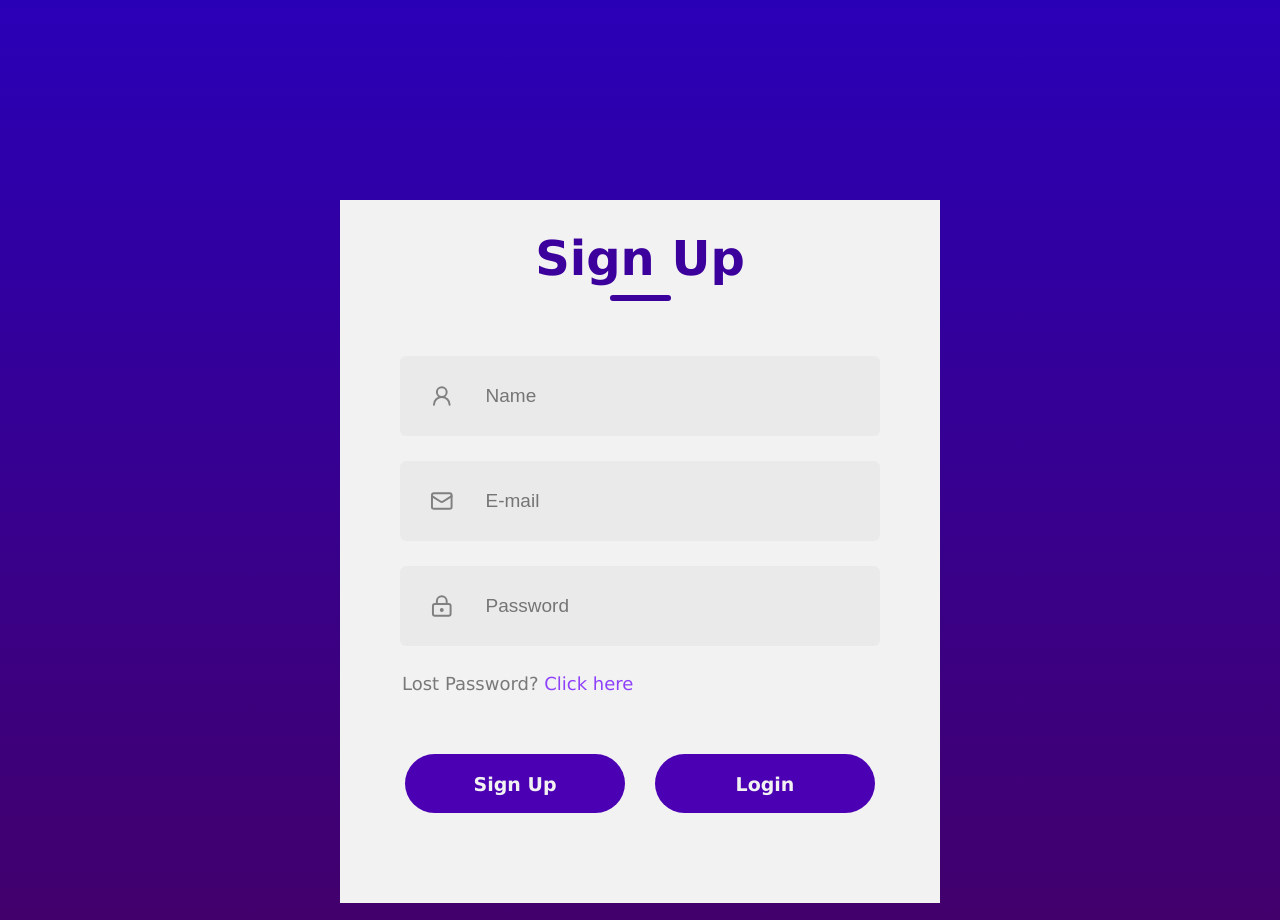
Repository: guilhermecardoso93/login-page
Page: /
An editor plug-in stored every save of this project. The page is shown before and after the next save, followed by the edit.
The browser window is 1280 px wide. The pictures show the whole page.
The pointer rests on the first visible `.submit`.
The project was rebuilt for these pictures with package versions that can differ from the ones it lists, and the page was loaded fresh each time. Also part of the build but not shown: vite.config.js.

Above is the page before, as saved 2024-10-22 19:35:32.

### index.html
<!doctype html>
<html lang="en">
  <head>
    <meta charset="UTF-8" />
    <link rel="icon" type="image/svg+xml" href="" />
    <meta name="viewport" content="width=device-width, initial-scale=1.0" />
    <title>Login | SignUp</title>
  </head>
  <body>
    <div id="root"></div>
    <script type="module" src="/src/main.jsx"></script>
  </body>
</html>

### src/App.jsx
import { Login } from "./components/Login/Login";

export default function App() {
  return (
    <>
      <Login />
    </>
  );
}

### src/index.css
body {
  margin: 0;
  font-family: 'Lucida Sans', 'Lucida Sans Regular', 'Lucida Grande', 'Lucida Sans Unicode', Geneva, Verdana, sans-serif;
  -webkit-font-smoothing: antialiased;
  -moz-osx-font-smoothing: grayscale;
  height: 100vh;
  background: linear-gradient(#2A00B7, #42006c);
}

code {
  font-family: source-code-pro, Menlo, Monaco, Consolas, "Courier New", monospace;
}

### src/components/Login/Login.jsx
import { UserRound, Mail, LockKeyhole } from "lucide-react";
import "./Login.css";

export const Login = () => {
  return (
    <div className="container">
      <header>
        <span>Sign Up</span>
        <div className="underline"></div>
      </header>{" "}
      <div className="inputs">
        <div className="input">
          <UserRound color="gray" size={24} className="icon" />
          <input type="text" placeholder="Name"/>
        </div>

        <div className="input">
          <Mail color="gray" size={24} className="icon" />
          <input type="email" placeholder="E-mail" />
        </div>

        <div className="input">
          <LockKeyhole color="gray" size={24} className="icon" />
          <input type="password" placeholder="Password" />
        </div>
      </div>
      <div className="forgot-password">
        Lost Password? <span>Click here</span>
      </div>
      <div className="submit-container">
        <div className="submit">Sign Up</div>
        <div className="login">Login</div>
      </div>
    </div>
  );
};

### src/components/Login/Login.css
.container {
  display: flex;
  flex-direction: column;
  margin: auto;
  margin-top: 200px;
  width: 600px;
  padding-bottom: 30px;
  background: #f2f2f2;
}

header {
  display: flex;
  flex-direction: column;
  align-items: center;
  gap: 9px;
  width: 100%;
  margin-top: 30px;
}

header span {
  color: #3c009d;
  font-size: 48px;
  font-weight: 700;
}

.underline {
  width: 61px;
  height: 6px;
  background-color: #3c009d;
  border-radius: 9px;
}

.inputs {
  margin-top: 55px;
  display: flex;
  flex-direction: column;
  gap: 25px;
}

.input {
  display: flex;
  align-items: center;
  justify-content: center;
  margin: auto;
  width: 480px;
  height: 80px;
  background-color: #eaeaea;
  border-radius: 6px;
}

.input .icon {
  margin: 0px 30px;
}

.input input {
  height: 50px;
  width: 400px;
  background: transparent;
  border: none;
  outline: none;
  color: #797979;
  font-size: 19px;
}

.forgot-password {
  padding-left: 62px;
  margin-top: 27px;
  color: #797979;
  font-size: 18px;
}

.forgot-password span {
  color: #8e41fa;
  cursor: pointer;
}

.forgot-password span:hover {
  color: #3c009d;
}

.submit-container {
  display: flex;
  gap: 30px;
  margin: 60px auto;
}

.submit, .login {
  display: flex;
  justify-content: center;
  align-items: center;
  width: 220px;
  height: 59px;
  color: #f2f2f2;
  background-color: #4c00b4;
  border-radius: 50px;
  font-size: 19px;
  font-weight: 700;
  cursor: pointer;
}

Loaded but not shown: src/main.jsx (common file)

After the next save:
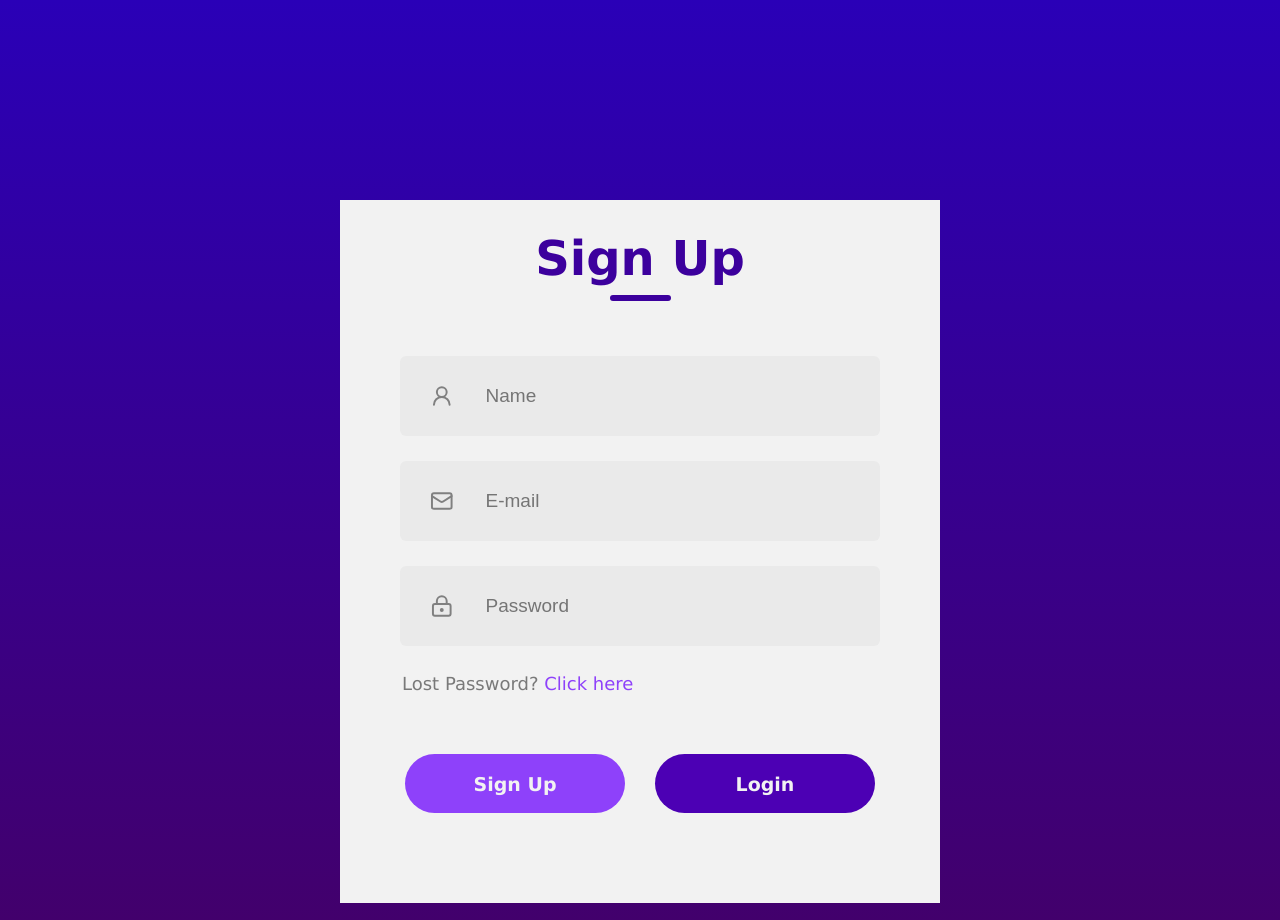
Saved 39 s later.
--- a/src/components/Login/Login.css
+++ b/src/components/Login/Login.css
@@ -97,3 +97,7 @@ header span {
   font-weight: 700;
   cursor: pointer;
 }
+
+.submit:hover, .login:hover {
+  background-color: #8e41fa;
+}
